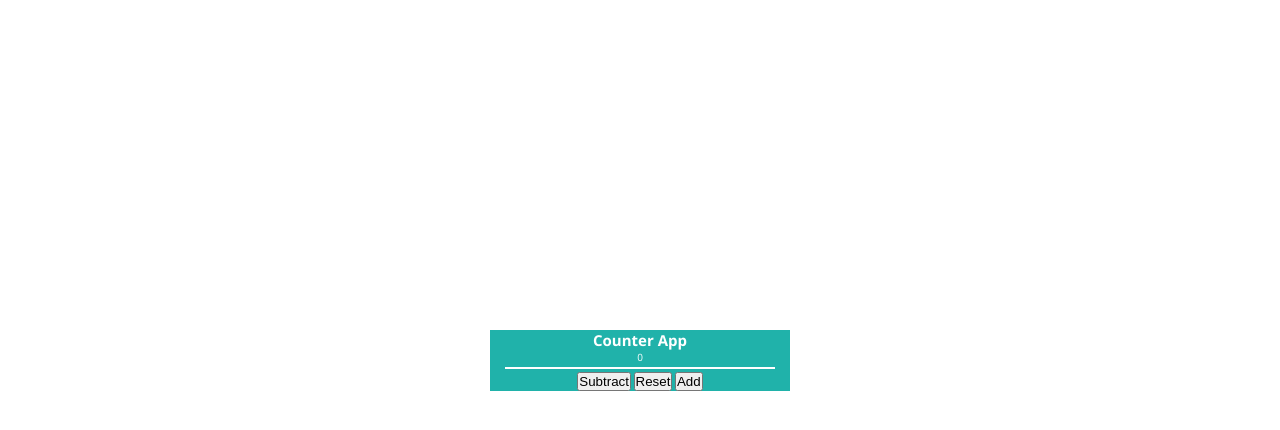
Repository: fakebrianho/100daysJS
Page: day001/index.html
These files come from the project's save history. The page is drawn as it stood at one moment and after the next save; the edit follows.
The browser window is 1280 px wide. The pictures show the whole page.
Some web libraries are served in a nearby version.

Above is the page before, as saved 2023-03-21 15:07:46.

### day001/index.html
<!DOCTYPE html>
<html lang="en">

<head>
  <meta charset="UTF-8" />
  <meta name="viewport" content="width=device-width, initial-scale=1.0" />
  <title>Document</title>
  <script src="https://kit.fontawesome.com/1935d064dd.js" crossorigin="anonymous"></script>
  <link rel="stylesheet" href="styles.css" />
</head>

<body>
  <main>
    <section class='container'>
      <h1 class='title'>Counter App</h1>
      <section class='counter'><span class='count'>0</span></section>
      <div class='divider'></div>
      <footer>
        <button class='subtract'>Subtract</button>
        <button class='reset'>Reset</button>
        <button class='add'>Add</button>
      </footer>
    </section>
  </main>

  <script src="script.js"></script>
</body>

</html>

### day001/styles.css
@import url('https://fonts.googleapis.com/css2?family=Open+Sans:wght@300;400;600;700&display=swap');

:root {
	--white: #fff;
	--black: #1c2b2d;
	--blue: #31326f;
	--light-blue: #005490;
	--color-primary: #9d0191;
	--color-sec: #db6400;
	--grey: #eee;
	--dark-grey: #222831;
}

* {
	margin: 0;
	padding: 0;
	box-sizing: border-box;
}

main {
	width: 100%;
	height: 100vh;
	display: flex;
	justify-content: center;
	align-items: center;
}

html {
	font-size: 10px;
}

body {
	font-family: 'Open Sans', sans-serif;
}

p {
	font-size: 1.6rem;
	line-height: 1.5;
}

img {
	width: 100%;
}

.container {
	background-color: lightseagreen;
	color: white;
	display: flex;
	justify-content: center;
	align-items: center;
	flex-direction: column;
	width: 50%;
	max-width: 300px;
	/* max-width: 900px;
  margin: 0 auto;
  padding: 0 20px; */
}
.divider {
	height: 2px;
	width: 90%;
	/* padding: 2px 0px; */
	margin: 3px;
	background-color: white;
}

Loaded but not shown: day001/script.js (no stored copy; drawn as an empty file)

After the next save:
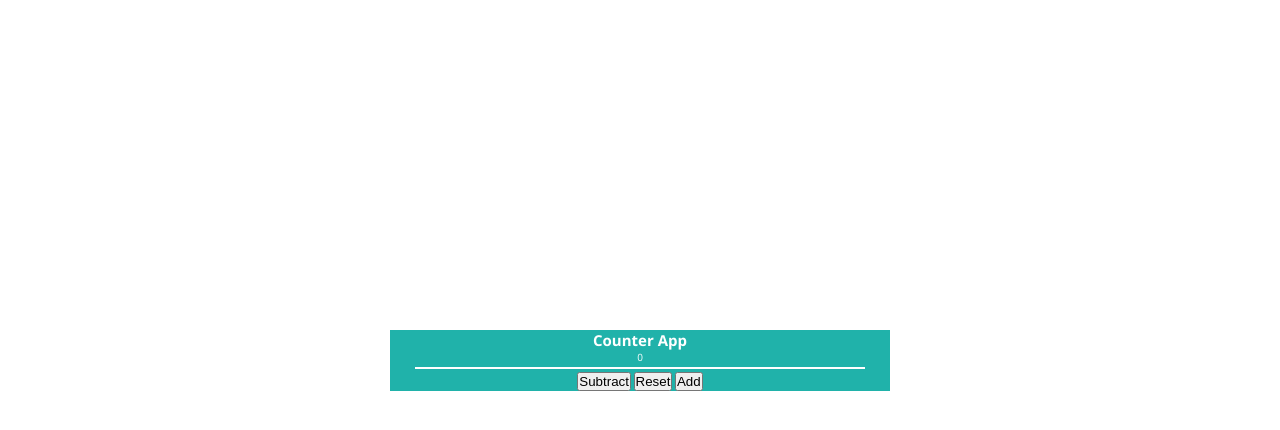
Saved 7 s later.
--- a/day001/styles.css
+++ b/day001/styles.css
@@ -50,7 +50,7 @@ img {
 	align-items: center;
 	flex-direction: column;
 	width: 50%;
-	max-width: 300px;
+	max-width: 500px;
 	/* max-width: 900px;
   margin: 0 auto;
   padding: 0 20px; */
